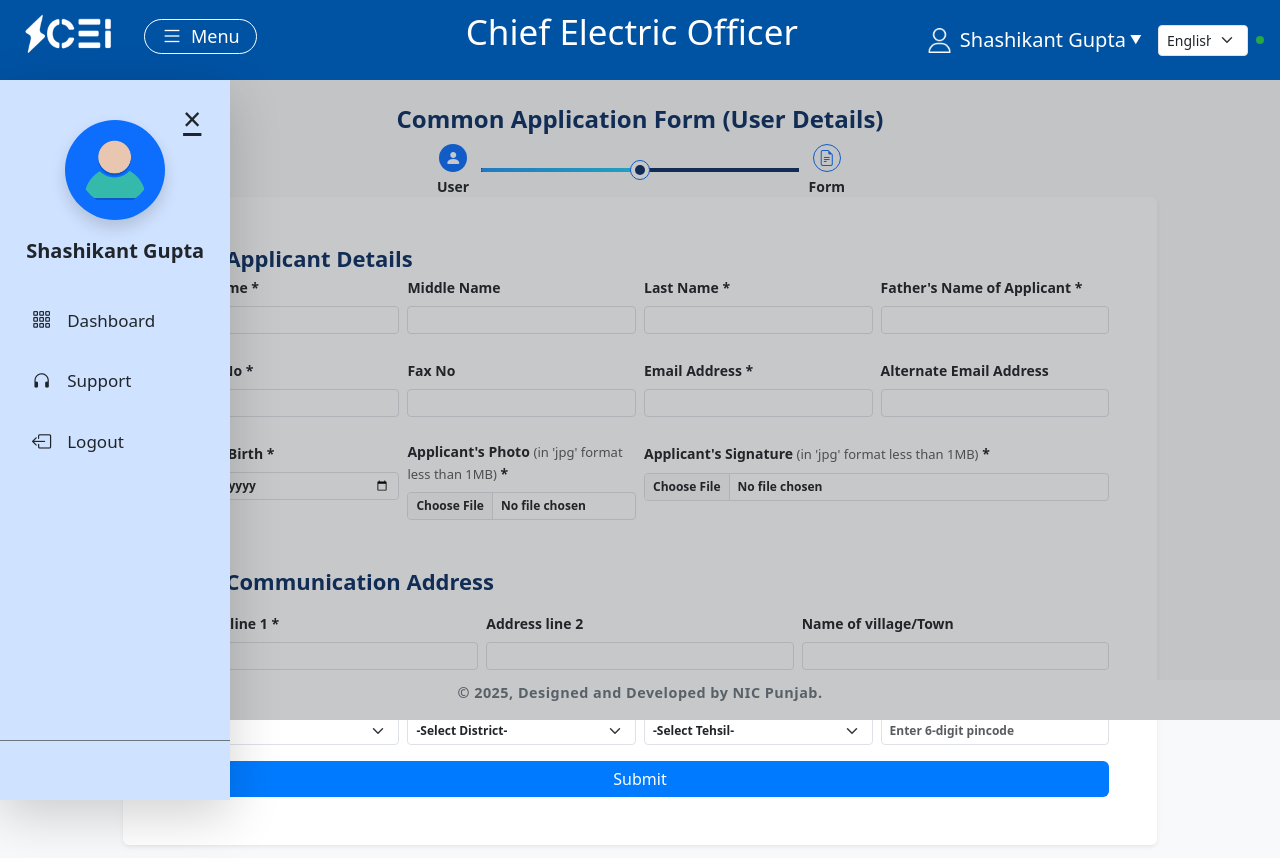
Repository: shashikantdev93-gif/CEI-sept
Page: /RegisterationForm, after clicking the first element matching `button.btn`
These files come from the project's save history. The page is drawn as it stood at one moment and after the next save; the edit follows.
The browser window is 1280 px wide. The pictures show the whole page.
The page's requests for data from a server got no answer. The project was rebuilt for these pictures with package versions that can differ from the ones it lists, and the page was loaded fresh each time. No one was signed in, and anything a server would have sent is missing. Also part of the build but not shown: vite.config.ts, src/components/PageComponent/Header2.tsx, src/components/PageComponent/PageHeader.tsx, src/components/Illustration/Illustration.tsx, src/components/CardContainer/CardContainer.tsx, src/hooks/useFormValidation.ts, src/hooks/useCaptcha.ts, src/hooks/useSignupValidation.ts and 6 more. Imported but missing from the stored project, and not drawn on this page: src/components/ui.

Above is the page before, as saved 2025-07-28 08:49:17.

### src/index.css
:root {
  font-family: Inter, -apple-system, BlinkMacSystemFont, "Segoe UI", Roboto, "Helvetica Neue", Arial, sans-serif, "Apple Color Emoji", "Segoe UI Emoji", "Segoe UI Symbol";
  line-height: 1.5;
  font-weight: 400;

  color-scheme: light dark;
  color: rgba(255, 255, 255, 0.87);
  background-color: #242424;

  font-synthesis: none;
  text-rendering: optimizeLegibility;
  -webkit-font-smoothing: antialiased;
  -moz-osx-font-smoothing: grayscale;
}

a {
  font-weight: 500;
  color: #646cff;
  text-decoration: inherit;
}
a:hover {
  color: #535bf2;
}

/* Global Reset */
*, *::before, *::after {
  margin: 0;
  padding: 0;
  box-sizing: border-box;
}

html, body {
  margin: 0;
  padding: 0;
  width: 100%;
  height: 100%;
}

body {
  margin: 0;
  padding: 0;
}

h1 {
  font-size: 3.2em;
  line-height: 1.1;
}

button {
  border-radius: 8px;
  border: 1px solid transparent;
  padding: 0.6em 1.2em;
  font-size: 1em;
  font-weight: 500;
  font-family: inherit;
  background-color: #1a1a1a;
  cursor: pointer;
  transition: border-color 0.25s;
}
button:hover {
  border-color: #646cff;
}
button:focus,
button:focus-visible {
  outline: 4px auto -webkit-focus-ring-color;
}

@media (prefers-color-scheme: light) {
  :root {
    color: #213547;
    background-color: #ffffff;
  }
  a:hover {
    color: #747bff;
  }
  button {
    background-color: #f9f9f9;
  }
}

### src/App.tsx
import Router from "./router/router";
import './App.css'
import './styles/main.css'
import "bootstrap-icons/font/bootstrap-icons.css";

function App() {

  return <Router />;

}

export default App

### src/router/router.tsx

import { BrowserRouter as Router, Routes, Route } from "react-router-dom";
import BaseLayout from "../layouts/BaseLayout";
import Login from "../pages/login/login";
import Signup from "../pages/signup/signup";
import Register from "../pages/register/register";


const RouterPage = () => (
  <Router>
    <Routes>
      <Route path="/" element={<Login />} />
      <Route path="/login" element={<Login />} />
      <Route path="/signup" element={<Signup />} />
      <Route
        path="/RegisterationForm"
        element={
          <BaseLayout headerType="Header1">
            <Register />
          </BaseLayout>
        }
      />
    </Routes>
  </Router>
);

export default RouterPage;

### src/App.css
#root {
  margin: 0;
  padding: 0;
  width: 100%;
  height: 100%;
}

.logo {
  height: 6em;
  padding: 1.5em;
  will-change: filter;
  transition: filter 300ms;
}
.logo:hover {
  filter: drop-shadow(0 0 2em #646cffaa);
}
.logo.react:hover {
  filter: drop-shadow(0 0 2em #61dafbaa);
}

@keyframes logo-spin {
  from {
    transform: rotate(0deg);
  }
  to {
    transform: rotate(360deg);
  }
}

@media (prefers-reduced-motion: no-preference) {
  a:nth-of-type(2) .logo {
    animation: logo-spin infinite 20s linear;
  }
}

.card {
  padding: 2em;
}

.read-the-docs {
  color: #888;
}

### src/layouts/BaseLayout.tsx
import React from 'react';
import Header1 from '../components/PageComponent/Header1';
import Header2 from '../components/PageComponent/Header2';

type HeaderType = 'Header1' | 'Header2' | 'none';

interface BaseLayoutProps {
  headerType?: HeaderType;
  children: React.ReactNode;
}

const BaseLayout: React.FC<BaseLayoutProps> = ({ headerType = 'Header1', children }) => {
  const headers: Record<Exclude<HeaderType, 'none'>, React.ReactElement> = {
    Header1: <Header1 />,
    Header2: <Header2 />,
  };

  return (
    <>
      {headerType !== 'none' && headers[headerType]}
      <main>{children}</main>
    </>
  );
};

export default BaseLayout;

### src/pages/register/register.tsx
import "bootstrap/dist/css/bootstrap.min.css";
import "../../styles/main.css";
import Footer from "../../components/Footer/Footer";
import { useState } from "react";

const Login = () => {
  const [toasts, setToasts] = useState<Record<string, boolean>>({});

  const handleInputChange = (fieldName: string, value: string, maxLength: number) => {
    if (value.length >= maxLength) {
      setToasts(prev => ({ ...prev, [fieldName]: true }));
      setTimeout(() => {
        setToasts(prev => ({ ...prev, [fieldName]: false }));
      }, 3000);
    } else {
      setToasts(prev => ({ ...prev, [fieldName]: false }));
    }
  };

  const renderToast = (fieldName: string, maxLength: number) => {
    return toasts[fieldName] ? (
      <div
        className="alert alert-sm mt-1 py-1 px-2"
        style={{
          fontSize: '1em',
          position: 'absolute',
          zIndex: 1000,
          width: '70%',
          top: '100%',
          left: 0,
          backgroundColor: '#e20000',
          color: 'white',
          border: 'none',
        }}
      >
        Maximum {maxLength} characters allowed
      </div>
    ) : null;
  };

  return (
    <div className="registeration-bg min-vh-100" style={{ padding: "5px", backgroundColor: "#f8f9fa", marginTop: "80px" }}>
      <div className="container-fluid">
        <div className="row justify-content-center">
          <div className="col-10">
            <div className="w-100 d-flex justify-content-center align-items-center" style={{ marginTop: '20px', marginBottom: '10px' }}>
              <h4 className="mb-0 fw-bold text-center" style={{ color: '#0c3064' }}>Common Application Form (User Details)</h4>
            </div>

            {/* Progress Bar */}
            <div className="d-flex justify-content-center" style={{ width: "100%" }}>
              <div className="w-90 d-flex align-items-center" style={{ minHeight: "40px", width: "40%" }}>
                {/* Left checkpoint */}
                <div className="d-flex flex-column align-items-center" style={{ width: "40px" }}>
                  <div className="bg-primary text-white rounded-circle d-flex align-items-center justify-content-center" style={{ width: "28px", height: "28px" }}>
                    <i className="bi bi-person-fill"></i>
                  </div>
                  <span className="small fw-semibold mt-1" style={{ fontSize: "0.85em" }}>User</span>
                </div>

                {/* Progress line with center checkpoint */}
                <div className="flex-grow-1 position-relative mx-2" style={{ height: "8px" }}>
                  {/* Line */}
                  <div style={{
                    position: "absolute",
                    top: "50%",
                    left: 0,
                    right: 0,
                    height: "4px",
                    background: "#0c3064",
                    transform: "translateY(-50%)"
                  }} />

                  {/* Fill left side till center checkpoint */}
                  <div style={{
                    position: "absolute",
                    top: "50%",
                    left: 0,
                    width: "50%",
                    height: "4px",
                    background: "linear-gradient(90deg, #2196f3 0%, #21cbf3 100%)",
                    borderRadius: "2px",
                    transform: "translateY(-50%)"
                  }} />

                  {/* Center checkpoint */}
                  <div style={{
                    position: "absolute",
                    top: "50%",
                    left: "50%",
                    transform: "translate(-50%, -50%)"
                  }}>
                    <div className="bg-white border border-primary rounded-circle" style={{ width: "20px", height: "20px", display: "flex", alignItems: "center", justifyContent: "center" }}>
                      <span style={{ width: "10px", height: "10px", background: "#0c3064", borderRadius: "50%", display: "block" }}></span>
                    </div>
                  </div>
                </div>

                {/* Right checkpoint */}
                <div className="d-flex flex-column align-items-center" style={{ width: "40px" }}>
                  <div className="bg-light border border-primary text-primary rounded-circle d-flex align-items-center justify-content-center" style={{ width: "28px", height: "28px" }}>
                    <i className="bi bi-file-earmark-text"></i>
                  </div>
                  <span className="small fw-semibold mt-1" style={{ fontSize: "0.85em" }}>Form</span>
                </div>
              </div>
            </div>

            {/* Form Section */}
            <div className="card border-0 shadow-sm mb-2">
              <div className="card-body p-3">
                {/* Section 1: Applicant Details */}
                <h6 className="mb-1 fw-bold" style={{ color: '#0c3064' }}>
                  <i className="bi bi-person-circle me-2"></i>1. Applicant Details
                </h6>
                <div className="row g-2 mb-2">
                  <div className="col-md-3" style={{ position: 'relative' }}>
                    <label className="form-label fw-semibold small">First Name *</label>
                    <input
                      type="text"
                      className="form-control form-control-sm"
                      maxLength={25}
                      onChange={(e) => handleInputChange('firstName', e.target.value, 25)}
                    />
                    {renderToast('firstName', 25)}
                  </div>
                  <div className="col-md-3" style={{ position: 'relative' }}>
                    <label className="form-label fw-semibold small">Middle Name</label>
                    <input
                      type="text"
                      className="form-control form-control-sm"
                      maxLength={25}
                      onChange={(e) => handleInputChange('middleName', e.target.value, 25)}
                    />
                    {renderToast('middleName', 25)}
                  </div>
                  <div className="col-md-3" style={{ position: 'relative' }}>
                    <label className="form-label fw-semibold small">Last Name *</label>
                    <input
                      type="text"
                      className="form-control form-control-sm"
                      maxLength={25}
                      onChange={(e) => handleInputChange('lastName', e.target.value, 25)}
                    />
                    {renderToast('lastName', 25)}
                  </div>
                  <div className="col-md-3" style={{ position: 'relative' }}>
                    <label className="form-label fw-semibold small">Father's Name of Applicant *</label>
                    <input
                      type="text"
                      className="form-control form-control-sm"
                      maxLength={50}
                      onChange={(e) => handleInputChange('fatherName', e.target.value, 50)}
                    />
                    {renderToast('fatherName', 50)}
                  </div>
                </div>

                <div className="row g-2 mb-2 mt-3">
                  <div className="col-md-3" style={{ position: 'relative' }}>
                    <label className="form-label fw-semibold small">Mobile No *</label>
                    <input
                      type="text"
                      className="form-control form-control-sm"
                      maxLength={10}
                      onChange={(e) => handleInputChange('mobile', e.target.value, 10)}
                    />
                    {renderToast('mobile', 10)}
                  </div>
                  <div className="col-md-3">
                    <label className="form-label fw-semibold small">Fax No</label>
                    <input type="text" className="form-control form-control-sm" />
                  </div>
                  <div className="col-md-3" style={{ position: 'relative' }}>
                    <label className="form-label fw-semibold small">Email Address *</label>
                    <input
                      type="email"
                      className="form-control form-control-sm"
                      maxLength={50}
                      onChange={(e) => handleInputChange('email', e.target.value, 50)}
                    />
                    {renderToast('email', 50)}
                  </div>
                  <div className="col-md-3" style={{ position: 'relative' }}>
                    <label className="form-label fw-semibold small">Alternate Email Address</label>
                    <input
                      type="email"
                      className="form-control form-control-sm"
                      maxLength={50}
                      onChange={(e) => handleInputChange('altEmail', e.target.value, 50)}
                    />
                    {renderToast('altEmail', 50)}
                  </div>
                </div>

                <div className="row g-2 mb-3 mt-3">
                  <div className="col-md-3">
                    <label className="form-label fw-semibold small">Date Of Birth *</label>
                    <input type="date" className="form-control form-control-sm" placeholder="mm/dd/yyyy" />
                  </div>
                  <div className="col-md-3">
                    <label className="form-label fw-semibold small">Applicant's Photo <span className="text-muted">(in 'jpg' format less than 1MB)</span> *</label>
                    <input type="file" className="form-control form-control-sm" accept=".jpg,.jpeg" />
                  </div>
                  <div className="col-md-6">
                    <label className="form-label fw-semibold small">
                      Applicant's Signature
                      <span className="text-muted"> (in 'jpg' format less than 1MB)</span> *
                    </label>
                    <input type="file" className="form-control form-control-sm" accept=".jpg,.jpeg" />
                  </div>
                </div>

                {/* Section 2: Communication Address */}
                <h6 className="mb-3 mt-5 fw-bold" style={{ color: '#0c3064' }}>
                  <i className="bi bi-geo-alt me-2"></i>2. Communication Address
                </h6>
                <div className="row g-2 mb-3">
                  <div className="col-md-4" style={{ position: 'relative' }}>
                    <label className="form-label fw-semibold small">Address line 1 *</label>
                    <input
                      type="text"
                      className="form-control form-control-sm"
                      maxLength={150}
                      onChange={(e) => handleInputChange('address1', e.target.value, 150)}
                    />
                    {renderToast('address1', 150)}
                  </div>
                  <div className="col-md-4" style={{ position: 'relative' }}>
                    <label className="form-label fw-semibold small">Address line 2</label>
                    <input
                      type="text"
                      className="form-control form-control-sm"
                      maxLength={150}
                      onChange={(e) => handleInputChange('address2', e.target.value, 150)}
                    />
                    {renderToast('address2', 150)}
                  </div>
                  <div className="col-md-4" style={{ position: 'relative' }}>
                    <label className="form-label fw-semibold small">Name of village/Town</label>
                    <input
                      type="text"
                      className="form-control form-control-sm"
                      maxLength={150}
                      onChange={(e) => handleInputChange('village', e.target.value, 150)}
                    />
                    {renderToast('village', 150)}
                  </div>
                </div>

                <div className="row g-2 mb-3">
                  <div className="col-md-3">
                    <label className="form-label fw-semibold small">State *</label>
                    <select className="form-select form-select-sm">
                      <option value="Punjab">Punjab</option>
                    </select>
                  </div>
                  <div className="col-md-3">
                    <label className="form-label fw-semibold small">District *</label>
                    <select className="form-select form-select-sm">
                      <option value="">-Select District-</option>
                    </select>
                  </div>
                  <div className="col-md-3">
                    <label className="form-label fw-semibold small">Tehsil *</label>
                    <select className="form-select form-select-sm">
                      <option value="">-Select Tehsil-</option>
                    </select>
                  </div>
                  <div className="col-md-3" style={{ position: 'relative' }}>
                    <label className="form-label fw-semibold small">Pin Code *</label>
                    <input
                      type="text"
                      className="form-control form-control-sm"
                      placeholder="Enter 6-digit pincode"
                      maxLength={6}
                      onChange={(e) => handleInputChange('pincode', e.target.value, 6)}
                    />
                    {renderToast('pincode', 6)}
                  </div>
                </div>

                <div className="d-grid gap-2">
                  <button type="submit" className="btn btn-primary" style={{ backgroundColor: '#007bff', border: 'none' }}>
                    Submit
                  </button>
                </div>
              </div>
            </div>
          </div>
        </div>
      </div>
      <Footer />
    </div>
  );
};

export default Login;

### src/components/Logo/Logo.tsx
import React from "react";

interface LogoProps {
  title?: string;
  subtitle?: string;
  titleColor?: string;
}

const Logo: React.FC<LogoProps & { subtitleColor?: string }> = ({
  title = "Chief Electric ",
  subtitle = "Inspector",
  titleColor = "#0c3064",
  subtitleColor = "#0c3064",
}) => {
  return (
    <div className="mb-4 d-flex align-items-center">
      <img
        src="/assets/images/cei_logo.jpg"
        alt="Logo"
        style={{ height: "40px", width: "90px", marginTop: "20px", marginLeft: "8px" }}
      />
      <span className="fw-bold" style={{ fontSize: "27px", height: "30px", marginTop: "10px", marginLeft: "25px", color: titleColor, whiteSpace: "nowrap" }}>
        {title} <span style={{ color: subtitleColor }}>{subtitle}</span>
      </span>
    </div>
  );
};

export default Logo;

### src/components/Footer/Footer.tsx
import React from "react";

interface FooterProps {
  text?: string;
}

const Footer: React.FC<FooterProps> = ({
  text = "© 2025, Designed and Developed by NIC Punjab."
}) => {
  return (
    <div className="position-fixed bottom-0 w-100 text-center pb-3 bg-white" style={{ left: 0 }}>
      <span style={{ fontSize: '.9em', fontWeight: 800, color: '#6c757d', letterSpacing: '0.5px' }}>
        {text}
      </span>
    </div>
  );
};

export default Footer;

### src/utils/index.ts
export { default as authService } from './authService';
export * from './validators';
export * from './navigation';

### src/styles/sidebar-zoom.css
/* Sidebar text zoom effect */
.sidebar-zoom-text {
  transition: transform 0.2s cubic-bezier(0.4,0,0.2,1);
  display: inline-block;
}
.sidebar-zoom-text:hover {
  transform: scale(1.15);
}

### src/lib/index.ts
export { default as encryptionService } from './encryptionService';
export { default as API_CONFIG } from './config';

### src/utils/validators.ts

export interface ValidationResult {
  isValid: boolean;
  error?: string;
}

export class FormValidators {

  static required(value: string): ValidationResult {
    if (!value || value.trim().length === 0) {
      return {
        isValid: false,
        error: 'This field is required',
      };
    }
    return { isValid: true };
  }

static minLength(value: string, min: number): ValidationResult {
    if (value.length < min) {
      return {
        isValid: false,
        error: `Minimum length is ${min} characters`,
      };
    }
    return { isValid: true };
  }

static maxLength(value: string, max: number): ValidationResult {
    if (value.length > max) {
      return {
        isValid: false,
        error: `Maximum length is ${max} characters`,
      };
    }
    return { isValid: true };
  }

static email(value: string): ValidationResult {
    const emailRegex = /^[^\s@]+@[^\s@]+\.[^\s@]+$/;
    if (!emailRegex.test(value)) {
      return {
        isValid: false,
        error: 'Please enter a valid email address',
      };
    }
    return { isValid: true };
  }

static noSpaces(value: string): ValidationResult {
    const hasSpace = /\s/.test(value);
    if (hasSpace) {
      return {
        isValid: false,
        error: 'Spaces are not allowed',
      };
    }
    return { isValid: true };
  }

static username(value: string): ValidationResult {
    const requiredCheck = this.required(value);
    if (!requiredCheck.isValid) return requiredCheck;

    const minLengthCheck = this.minLength(value, 3);
    if (!minLengthCheck.isValid) return minLengthCheck;

    return { isValid: true };
  }

static password(value: string): ValidationResult {
    const requiredCheck = this.required(value);
    if (!requiredCheck.isValid) return requiredCheck;

    const minLengthCheck = this.minLength(value, 6);
    if (!minLengthCheck.isValid) return minLengthCheck;

    return { isValid: true };
  }

static captcha(value: string): ValidationResult {
    const requiredCheck = this.required(value);
    if (!requiredCheck.isValid) return requiredCheck;

    const lengthCheck = this.minLength(value, 4);
    if (!lengthCheck.isValid) return lengthCheck;

    const maxLengthCheck = this.maxLength(value, 4);
    if (!maxLengthCheck.isValid) return maxLengthCheck;

    return { isValid: true };
  }
}

### src/lib/config.ts

const API_CONFIG = {
  BASE_URL: import.meta.env.VITE_API_URL || 'http://localhost:5143/api',

  ENDPOINTS: {
    AUTH: {
      LOGIN: '/Auth/Login',
      CAPTCHA: '/Auth/GetCaptchaImage',
      LOGOUT: '/Auth/Logout',
      REFRESH_TOKEN: '/Auth/RefreshToken',
    },
    USER: {
      PROFILE: '/User/Profile',
      UPDATE_PROFILE: '/User/UpdateProfile',
    },
  },

  TIMEOUT: 30000,

  DEFAULT_HEADERS: {
    'Content-Type': 'application/json',
    'Accept': 'application/json',
  },
};

export default API_CONFIG;

Loaded but not shown: index.html (common file); src/main.tsx (common file); src/lib/interceptor.ts (340 lines, source omitted); src/hooks/useAuth.ts (214 lines, source omitted); src/styles/main.css (310 lines, source omitted); src/utils/authService.ts (191 lines, source omitted); src/components/PageComponent/Header1.tsx (133 lines, source omitted); src/components/PageComponent/Sidebar.tsx (105 lines, source omitted); src/lib/encryptionService.ts (93 lines, source omitted); src/utils/navigation.ts (91 lines, source omitted)

After the next save:
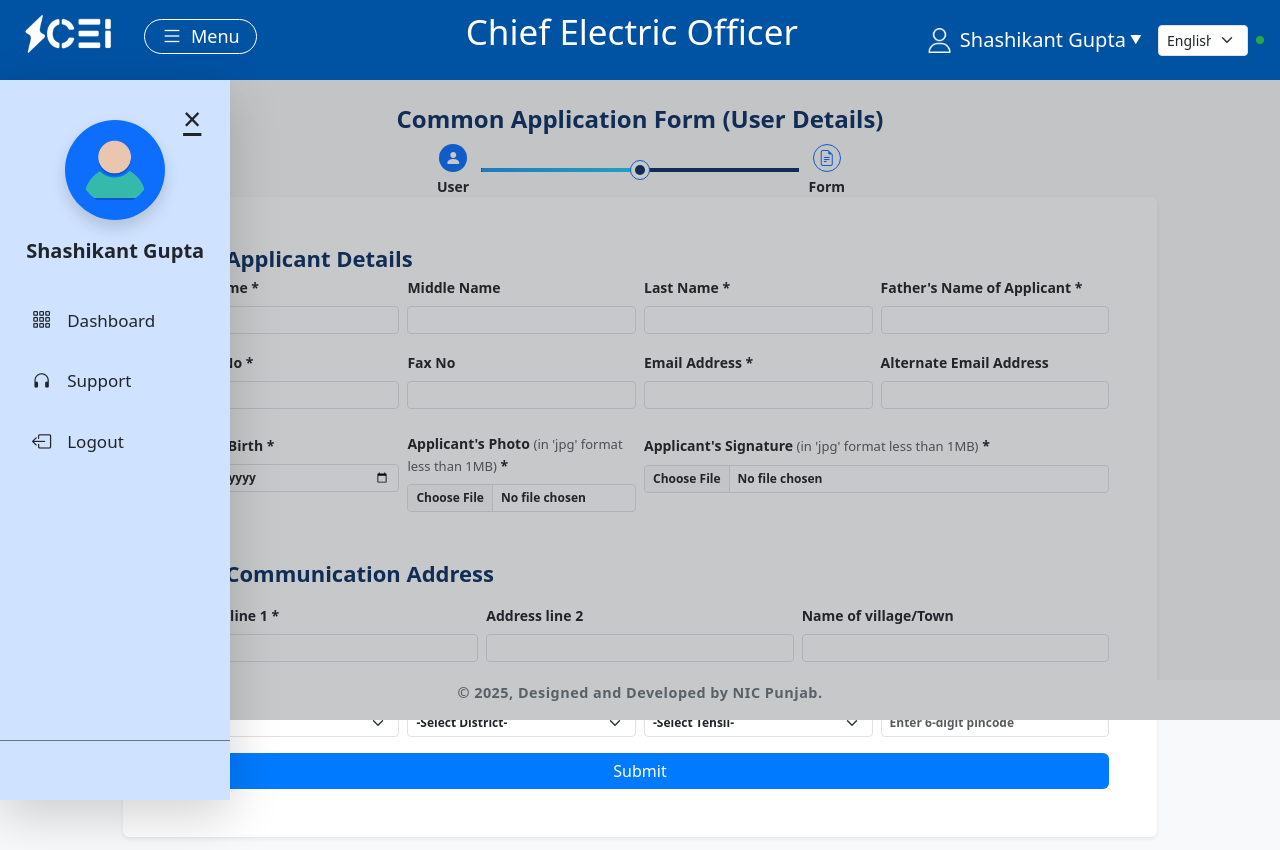
Saved 59 s later.
--- a/src/pages/register/register.tsx
+++ b/src/pages/register/register.tsx
@@ -156,7 +156,7 @@ const Login = () => {
                   </div>
                 </div>
 
-                <div className="row g-2 mb-2 mt-3">
+                <div className="row g-2 mb-2 mt-1">
                   <div className="col-md-3" style={{ position: 'relative' }}>
                     <label className="form-label fw-semibold small">Mobile No *</label>
                     <input
